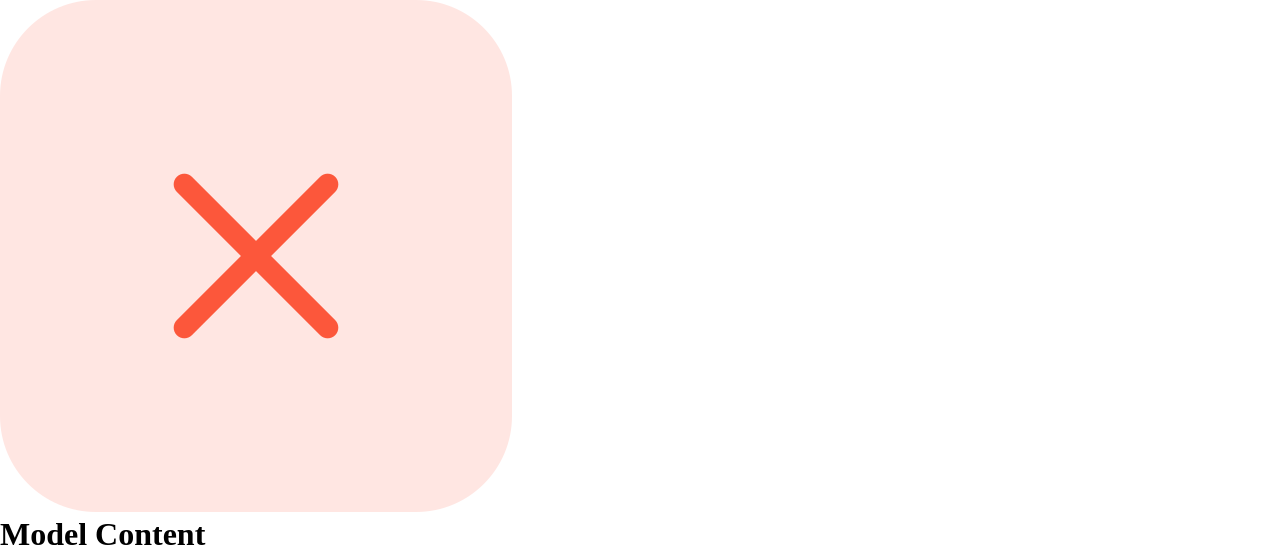
Repository: Trapti10/20-js-practice-projects-in-7-days-challenge
Page: Project_4_Modal_Project/index.html
The author's editor kept a copy of each file at every save. The page is drawn from the files as they stood at one save, then again after a run of saves.
The browser window is 1280 px wide. The pictures show the part of the page from y = 720 to 1273 px (the page is 1273 px tall).

Above is the page before, as saved 2025-11-24 10:51:57.

### Project_4_Modal_Project/index.html
<!DOCTYPE html>
<html lang="en">
<head>
    <meta charset="UTF-8">
    <meta name="viewport" content="width=device-width, initial-scale=1.0">
    <title>Modal Project</title>
    <link rel="stylesheet" href="style.css">
</head>
<body>
     <div class="bg-img"  background-img>

    </div>
    <div class="card">
        <h1>Modal Project</h1>

        <button class="Open">
            Open Model
        </button>
       </div>
       <div class="modal-overlay">
        <div class="madal-container">
            <img src="assests/close.png" alt="">
            <div class="modalContent">
                <h1>Model Content</h1>
            </div>
        </div>
       </div>
    <script src="script.js"></script>
</body>
</html>

### Project_4_Modal_Project/style.css
*{
    margin: 0;
    padding: 0;
}

.bg-img{
    height: 100vh;
    background-position: center center;
    background-repeat: no-repeat;
    position: relative;
    background-size: max(2200px, 100vw);
    background-image: url("https://png.pngtree.com/thumb_back/fh260/background/20230714/pngtree-simplicity-in-blue-a-living-room-interior-design-with-decor-and-image_3888158.jpg");
    background-repeat: no-repeat;
    align-items: center;
    margin-top: 0;
    align-items: center;

}

.card{
    position: absolute;
    top: 25%;
    left: 37%;
    background: white;
    max-height: 250px;
    max-width: 400px;
    height: 100%;
    width: 100%;
    display: flex;
    justify-content: center;
    align-items:center ;
    flex-direction: column;
    border: none;
    border-radius: 10px;
    gap: 30px;
}

button{
    height: 25px;
    width: 110px;
    color: white;
    background: rgb(29, 166, 246);
    border: none;
    letter-spacing: 2px;
    border-radius: 5px;
    padding: 0 4px;
}

button:hover{
    background: transparent;
    color: black;
    border: 2px solid rgb(29, 166, 246);
}

.modal-overlay{

}

Loaded but not shown: Project_4_Modal_Project/script.js (no stored copy; drawn as an empty file)

After the next 2 saves:
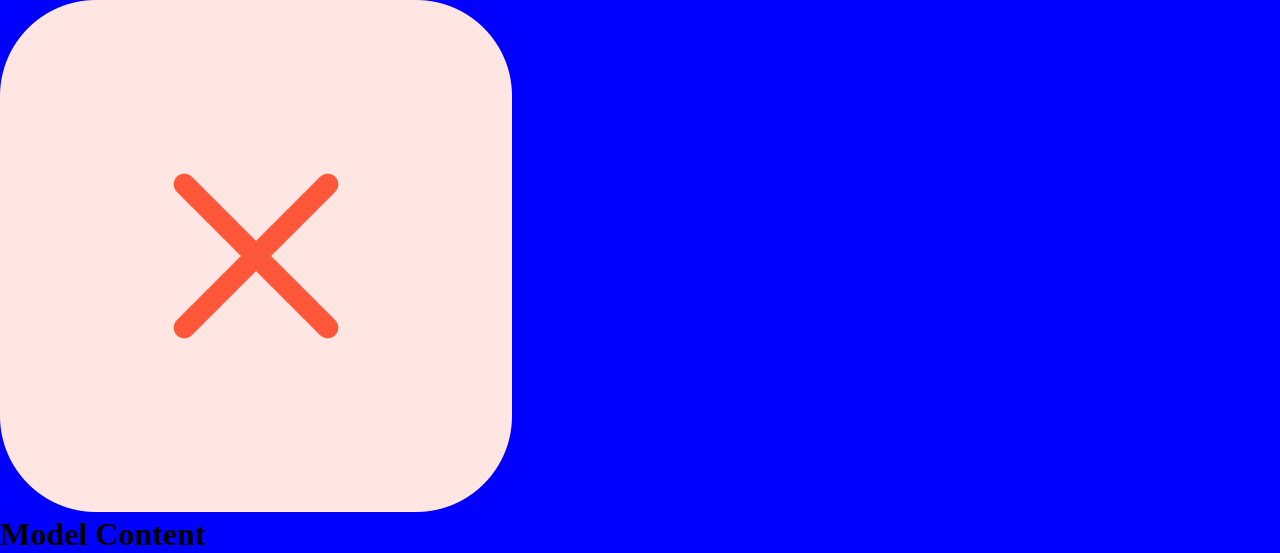
The 2 saves are shown as one change because they came seconds apart.
The last was saved 9 s later.
--- a/Project_4_Modal_Project/style.css
+++ b/Project_4_Modal_Project/style.css
@@ -53,5 +53,5 @@ button:hover{
 }
 
 .modal-overlay{
-
+    background: blue;
 }
